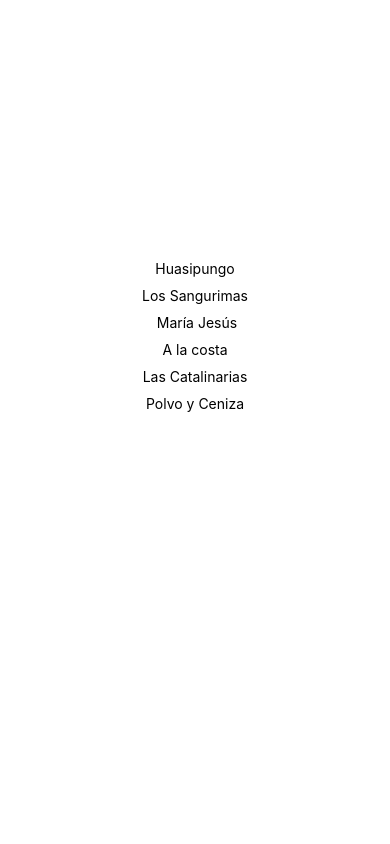
Repository: Henrybaio24/app-lista-libros
Screen: /
The author's editor kept a copy of each file at every save. The screen is drawn from the files as they stood at one save, then again after a run of saves.
The app was drawn by React Native's web renderer in a window 390 px wide. The project was rebuilt for these pictures with package versions that can differ from the ones it lists, and the page was loaded fresh each time.

Above is the screen before, as saved 2020-02-03 20:05:15.

After the next 9 saves:
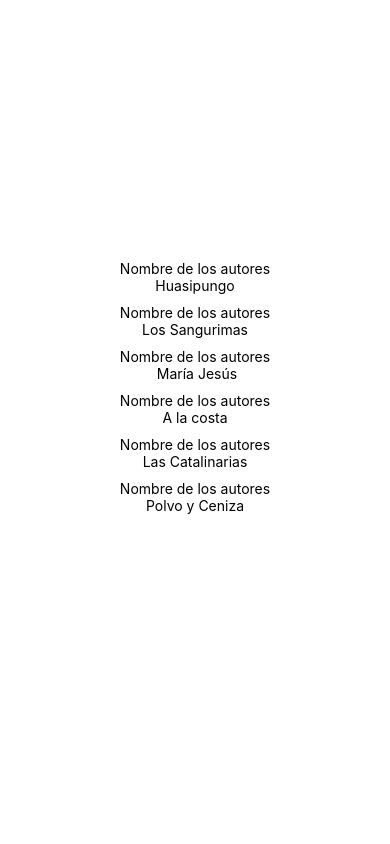
The 9 saves are shown as one change because 2 did not build or start and some came seconds apart.
The last was saved 70 s later.
--- a/App.js
+++ b/App.js
@@ -25,6 +25,7 @@
         style={ styles.lista }
         renderItem={ ({ item }) =>
           <View style={styles.container}>
+            <Text>Nombre de los autores</Text>
             <Text>{ item.nombre }</Text>
           </View>
         }

After the 4 saves that followed:
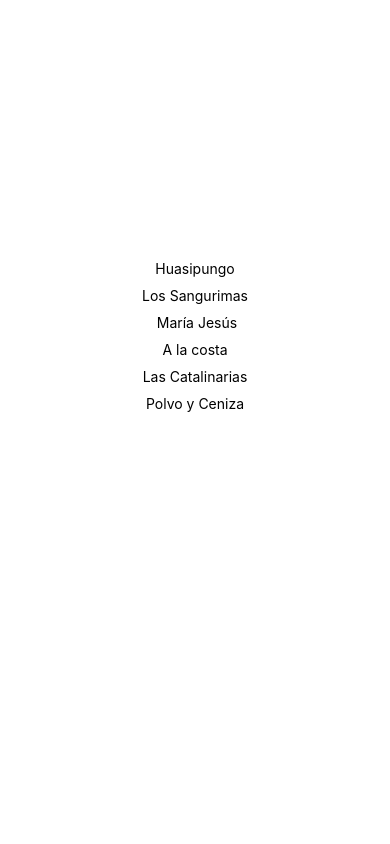
The 4 saves are shown as one change because 1 did not build or start and 1 left the picture as it was and some came seconds apart.
The last was saved 101 s later.
--- a/App.js
+++ b/App.js
@@ -25,7 +25,6 @@
         style={ styles.lista }
         renderItem={ ({ item }) =>
           <View style={styles.container}>
-            <Text>Nombre de los autores</Text>
             <Text>{ item.nombre }</Text>
           </View>
         }
